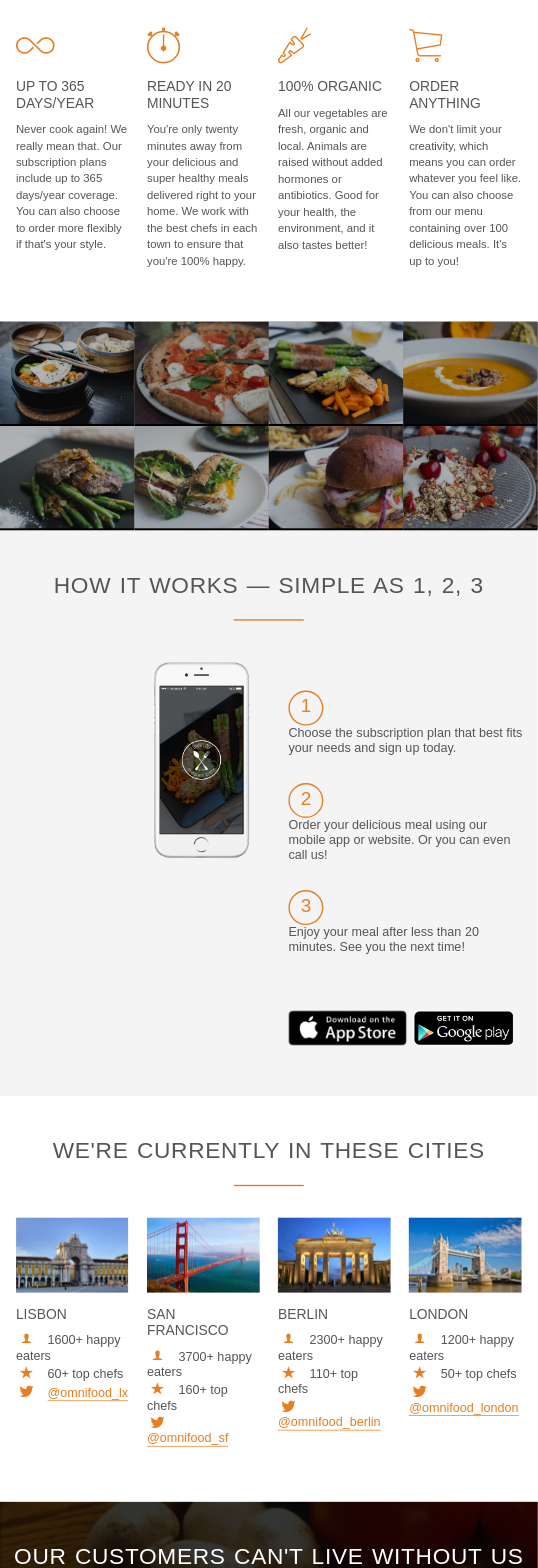
Repository: pboi18/E-Foods
Page: index.html
An editor plug-in stored every save of this project. The page is shown before and after the next save, followed by the edit.
The browser window is 768 px wide. The pictures show the part of the page from y = 1052 to 3292 px (the page is 5219 px tall), at 70% of full size.
Backgrounds fixed to the window are drawn as part of the page.

Above is the page before, as saved 2020-07-15 05:00:47.

### index.html
<!DOCTYPE html>
<html lang="en">
   <head>
      <meta name="viewport" content="width=device-width, initial-scale=1.0">
      <meta http-equiv="Content-Type" content="text/html;charset=UTF-8">
      <link rel="stylesheet" href="vendors/css/normalize.css">
      <link rel="stylesheet" href="vendors/css/7.1 Grid.css">
      <link rel="stylesheet" href="vendors/css/ionicons.min.css">
      <link rel="stylesheet" href="resources/css/style.css">
      <link rel="stylesheet" href="resources/css/quaries.css">
      <link href='http://fonts.googleapis.com/css?family=Lato:100,300,400,300italic' rel='stylesheet' type='text/css'>
      <title>Ominifoods</title>
   </head>

   <body>
      <header>
         <nav>
               <div class="row">
                  <img src="resources/img/logo-white.png" alt="Ominifood logo" class="logo">

                  <ul class="main-nav">
                     <li><a href="#">Food delivery</a></li>
                     <li><a href="#">How it works</a></li>
                     <li><a href="#">Our cities</a></li>
                     <li><a href="#">Sign up</a></li>
                  </ul>

               </div>
         </nav>
         <div class="hero-text-box">
               <h1>Goodbye junk food. <br> Hello super healthy meals.</h1>
               <a href="#" class="btn btn-full">I’m hungry </a>
               <a href="#" class="btn btn-ghost">Show me more </a>
         </div>

      </header>

      <section class="section-features">
         <div class="row">
               <h2>Get food fast &mdash; not fast food</h2>
               <p class="long-copy">
                  Hello, we’re Omnifood, your new premium food delivery service. We know you’re always busy. No time for cooking. So let us take care of that, we’re really good at it, we promise!
               </p>
         </div>

         <div class="row">
               <div class="col span-1-of-4 box">
                  <i class="ion-ios-infinite-outline icon-big"></i>
                  <h3>Up to 365 days/year</h3>
                  <p>
                     Never cook again! We
                     really mean that. Our subscription
                     plans include up to 365
                     days/year coverage. You can
                     also choose to order more
                     flexibly if that's your style.
                  </p>
               </div>

               <div class="col span-1-of-4 box">
                  <i class="ion-ios-stopwatch-outline icon-big"></i>
                  <h3>Ready in 20 minutes</h3>
                  <p>
                     You're only twenty minutes
                     away from your delicious and
                     super healthy meals delivered
                     right to your home. We work
                     with the best chefs in each
                     town to ensure that you're
                     100% happy.
                  </p>
               </div>

               <div class="col span-1-of-4 box">
                  <i class="ion-ios-nutrition-outline icon-big"></i>
                  <h3>100% organic</h3>
                  <p>
                     All our vegetables are fresh, organic and local. Animals are raised without added hormones or antibiotics. Good for your health, the environment, and it also tastes better!
                  </p>
               </div>

               <div class="col span-1-of-4 box">
                  <i class="ion-ios-cart-outline icon-big"></i>
                  <h3>Order anything</h3>
                  <p>
                     We don't limit your creativity, which means you can order whatever you feel like. You can also choose from our menu containing over 100 delicious meals. It's up to you!
                  </p>
               </div>
         </div>
      </section>

      <section class="section-meals">
         <ul class="meals-showcase clearfix">
               <li>
                  <figure class="meal-photo">
                     <img src="resources/img/1.jpg" alt="Korean bibimbap with egg and vegetables">
                  </figure>
               </li>
               <li>
                  <figure class="meal-photo">
                     <img src="resources/img/2.jpg" alt="Simple italian pizza with cherry tomatoes">
                  </figure>
               </li>
               <li>
                  <figure class="meal-photo">
                     <img src="resources/img/3.jpg" alt="Chicken breast steak with vegetables ">
                  </figure>
               </li>
               <li>
                  <figure class="meal-photo">
                     <img src="resources/img/4.jpg" alt="Autumn pumpkin soup">
                  </figure>
               </li>
         </ul>

         <ul class="meals-showcase clearfix">
               <li>
                  <figure class="meal-photo">
                     <img src="resources/img/5.jpg" alt="Paleo beef steak with vegetables">
                  </figure>
               </li>
               <li>
                  <figure class="meal-photo">
                     <img src="resources/img/6.jpg" alt="Healthy baguette with egg and vegetables">
                  </figure>
               </li>
               <li>
                  <figure class="meal-photo">
                     <img src="resources/img/7.jpg" alt="Burger with cheddar and bacon">
                  </figure>
               </li>
               <li>
                  <figure class="meal-photo">
                     <img src="resources/img/8.jpg" alt="Granola with cherries and strawberries">
                  </figure>
               </li>
         </ul>
      </section>

      <section class="section-steps">
         <div class="row">
               <h2>How it works &mdash; Simple as 1, 2, 3</h2>
         </div>
         <div class="row">
               <div class="col span-1-of-2 steps-box">
                  <img src="resources/img/app-iPhone.png" alt="Ominifood app on iphone" class="app-screen">
               </div>

               <div class="col span-1-of-2 steps-box">
                  <div class="works-step">
                     <div>1</div>
                     <p>Choose the subscription plan that best fits your needs and sign up today.</p>
                  </div>
                  <div class="works-step">
                     <div>2</div>
                     <p>Order your delicious meal using our mobile app or website. Or you can even call us!</p>
                  </div>
                  <div class="works-step">
                     <div>3</div>
                     <p>Enjoy your meal after less than 20 minutes. See you the next time!</p>
                  </div>

                  <a href="#" class="btn-app">
                     <img src="resources/img/download-app.png " alt="App Store Button">
                  </a>
                  <a href="#" class="btn-app" >
                     <img src="resources/img/download-app-android.png" alt="play Store Button">
                  </a>

               </div>
         </div>
      </section>


      <section class="section-cities">
         <div class="row">
            <h2>
               We're currently in these cities
            </h2>
         </div>

         <div class="row">
            <div class="col span-1-of-4 box">
               <img src="resources/img/lisbon-3.jpg" alt="Lisbon">
               <h3>Lisbon</h3>
               <div class="city-feature">
                  <i class="ion-ios-person icon-small"></i>
                  1600+ happy eaters
               </div>
               <div class="city-feature">
                  <i class="ion-ios-star icon-small"></i>
                  60+ top chefs
               </div>
               <div class="city-feature">
                  <i class="ion-social-twitter icon-small"></i>
                  <a href="#">@omnifood_lx</a>
               </div>
            </div>

            <div class="col span-1-of-4 box">
               <img src="resources/img/san-francisco.jpg" alt="San Francisco">
               <h3>San Francisco</h3>
               <div class="city-feature">
                  <i class="ion-ios-person icon-small"></i>
                  3700+ happy eaters
               </div>
               <div class="city-feature">
                  <i class="ion-ios-star icon-small"></i>
                  160+ top chefs
               </div>
               <div class="city-feature">
                  <i class="ion-social-twitter icon-small"></i>
                  <a href="#">@omnifood_sf</a>
               </div>
            </div>

            <div class="col span-1-of-4 box">
               <img src="resources/img/berlin.jpg" alt="Berlin">
               <h3>Berlin</h3>
               <div class="city-feature">
                  <i class="ion-ios-person icon-small"></i>
                  2300+ happy eaters
               </div>
               <div class="city-feature">
                  <i class="ion-ios-star icon-small"></i>
                  110+ top chefs
               </div>
               <div class="city-feature">
                  <i class="ion-social-twitter icon-small"></i>
                  <a href="#">@omnifood_berlin</a>
               </div>
            </div>

            <div class="col span-1-of-4 box">
               <img src="resources/img/london.jpg" alt="London">
               <h3>London</h3>
               <div class="city-feature">
                  <i class="ion-ios-person icon-small"></i>
                  1200+ happy eaters
               </div>
               <div class="city-feature">
                  <i class="ion-ios-star icon-small"></i>
                  50+ top chefs
               </div>
               <div class="city-feature">
                  <i class="ion-social-twitter icon-small"></i>
                  <a href="#">@omnifood_london</a>
               </div>
            </div>
         </div>


      </section>

      <section class="section-testimonials">
         <div class="row">
            <h2>Our customers can't live without us</h2>
         </div>

         <div class="row">
            <div class="col span-1-of-3">
               <blockquote>
                  Omnifood is just awesome! I just launched a startup which leaves me with no time for cooking, so Omnifood is a life-saver. Now that I got used to it, I couldn't live without my daily meals!
                  <cite><img src="resources/img/customer-1.jpg" alt="">Alberto Duncan</cite>
               </blockquote>
            </div>

            <div class="col span-1-of-3">
               <blockquote>
                  Inexpensive, healthy and great-tasting meals, delivered right to my home. We have lots of food delivery here in Lisbon, but no one comes even close to Omifood. Me and my family are so in love!
                  <cite><img src="resources/img/customer-2.jpg" alt="">Joana Silva</cite>
               </blockquote>
            </div>

            <div class="col span-1-of-3">
               <blockquote>
                  I was looking for a quick and easy food delivery service in San Franciso. I tried a lot of them and ended up with Omnifood. Best food delivery service in the Bay Area. Keep up the great work!
                  <cite><img src="resources/img/customer-3.jpg" alt="">Milton Chapman</cite>
               </blockquote>
            </div>
         </div>
      </section>

      <section class="section-plans">
         <div class="row">
            <h2>Start eating healthy today</h2>
         </div>
         <div class="row">
            <div class="col span-1-of-3">
               <div class="plan-box">
                  <div>
                     <h3>Premium</h3>
                     <p class="plan-price">399$ <span>/ month</span></p>
                     <p class="plan-price-meal">That’s only 13.30$ / meal</p>
                  </div>
                  <div>
                     <ul>
                        <li><i class="ion-ios-checkmark-empty icon-small"></i>1 meal every day</li>
                        <li><i class="ion-ios-checkmark-empty icon-small"></i>Order 24/7</li>
                        <li><i class="ion-ios-checkmark-empty icon-small"></i>Access to newest creations</li>
                        <li><i class="ion-ios-checkmark-empty icon-small"></i>Free delivery</li>
                     </ul>
                  </div>
                  <div>
                     <a href="#" class="btn btn-full" >Sign up now </a>
                  </div>
               </div>
            </div>

            <div class="col span-1-of-3">
               <div class="plan-box">
                  <div>
                     <h3>Pro</h3>
                     <p class="plan-price">149$ <span>/ month</span></p>
                     <p class="plan-price-meal">That’s only 14.90$ / meal</p>
                  </div>
                  <div>
                     <ul>
                        <li><i class="ion-ios-checkmark-empty icon-small"></i>1 meal every day</li>
                        <li><i class="ion-ios-checkmark-empty icon-small"></i>Order 24/7</li>
                        <li><i class="ion-ios-checkmark-empty icon-small"></i>Access to newest creations</li>
                        <li><i class="ion-ios-checkmark-empty icon-small"></i>Free delivery</li>
                     </ul>
                  </div>
                  <div>
                     <a href="#" class="btn btn-ghost" >Sign up now </a>
                  </div>
               </div>
            </div>

            <div class="col span-1-of-3">
               <div class="plan-box">
                  <div>
                     <h3>Starter</h3>
                     <p class="plan-price">19$ <span>/ meal</span></p>
                     <p class="plan-price-meal"> &nbsp; </p>
                  </div>
                  <div>
                     <ul>
                        <li><i class="ion-ios-checkmark-empty icon-small"></i>1 meal</li>
                        <li><i class="ion-ios-checkmark-empty icon-small"></i>Order from 8 am to 12 pm</li>
                        <li><i class="ion-ios-close-empty icon-small"></i>Access to newest creations</li>
                        <li><i class="ion-ios-checkmark-empty icon-small"></i>Free delivery</li>
                     </ul>
                  </div>
                  <div>
                     <a href="#" class="btn btn-ghost" >Sign up now </a>
                  </div>
               </div>
            </div>
         </div>
      </section>

      <section class="section-form">
         <div class="row">
            <h2>We're happy to hear from you</h2>
         </div>

         <div class="row">
            <form action="#" method="post" class="contact-form" >
               <div class="row">
                  <div class="col span-1-of-3">
                     <label for="name">Name</label>
                  </div>
                  <div class="col span-2-of-3">
                     <input type="text" name="name" id="name" placeholder="Your name" requried>
                  </div>
               </div>
               <div class="row">
                  <div class="col span-1-of-3">
                     <label for="email">Email</label>
                  </div>
                  <div class="col span-2-of-3">
                     <input type="email" name="email" id="email" placeholder="Your email" requried>
                  </div>
               </div>
               <div class="row">
                  <div class="col span-1-of-3">
                     <label for="find-us">How did you find us?</label>
                  </div>
                  <div class="col span-2-of-3">
                     <select name="find us" id="find-us" required>
                        <option value="None">None</option>
                        <option value="friends">Friends</option>
                        <option value="Social Media">Social Media</option>
                        <option value="Search Engines">Search Engines</option>
                        <option value="Advertisement">Advertisement</option>
                        <option value="Others">Others</option>

                     </select>
                  </div>
               </div>
               <div class="row">
                  <div class="col span-1-of-3">
                     <label for="newsletter">Newsletter</label>
                  </div>
                  <div class="col span-2-of-3">
                     <input type="checkbox" name="checkbox" id="newsletter" >
                  </div>
               </div>
               <div class="row">
                  <div class="col span-1-of-3">
                     <label for="message">Drop us a line</label>
                  </div>
                  <div class="col span-2-of-3">
                     <textarea name="message" id="message" ></textarea>
                  </div>
               </div>
               <div class="row">
                  <div class="col span-1-of-3">
                     <label for="">&nbsp;</label>
                  </div>
                  <div class="col span-2-of-3">
                     <input type="submit" value="Send it!">
                  </div>
               </div>
            </form>
         </div>
      </section>

      <footer>
         <div class="row">
            <div class="col span-1-of-2">
               <ul class="footer-nav">
                  <li><a href="#">About us</a></li>
                  <li><a href="#">Blog </a></li>
                  <li><a href="#">Press</a></li>
                  <li><a href="#">iOS App</a></li>
                  <li><a href="#">Android App</a></li>
               </ul>
            </div>
            <div class="col span-1-of-2">
               <ul class="social-links">
                  <li><a href="#"><i class="ion-social-facebook"></i></a></li>
                  <li><a href="#"><i class="ion-social-twitter"></i></a></li>
                  <li><a href="#"><i class="ion-social-googleplus"></i></a></li>
                  <li><a href="#"><i class="ion-social-instagram"></i></a></li>
               </ul>
            </div>
         </div>
         <div class="row">
            <p>
               Copyright &copy; 2020 by Ominifood. All right reserved
            </p>
         </div>
      </footer>

   </body>


</html>

### resources/css/quaries.css

/* from bg tab to 1200px (widths smaller than the 1140 row) */
@media only screen and (max-width: 1200px) {

    .hero-text-box {
        width: 100%;
        padding:  0 2%;
    }

    .row {
        padding: 0 2%;
    }


}


/* sm tab - bg tab: 768 - 1023px */
@media only screen and (max-width: 1023px) {
    body {
        font-size: 18px;
    }

    section {

        padding: 60px 0;
    }

    .long-copy {
        width: 80%;
        margin-left: 10%;
    }

    .step-box { margin-top: 10px;}
    .step-box:last-child { margin-top: 10px;}
    .works-step { margin-bottom: 40px;}
    .works-step:last-child { margin-bottom: 60px;}

    .app-screen { }
}

/* small phones to small tablets: from 481px - 767px */
@media only screen and (max-width: 767px) {

}


/* small phones: from 0 - 480px */
@media only screen and (max-width: 480px) {

}

Loaded but not shown: vendors/css/normalize.css (library); vendors/css/7.1 Grid.css (library); vendors/css/ionicons.min.css (library); resources/css/style.css (591 lines, source omitted)

After the next save:
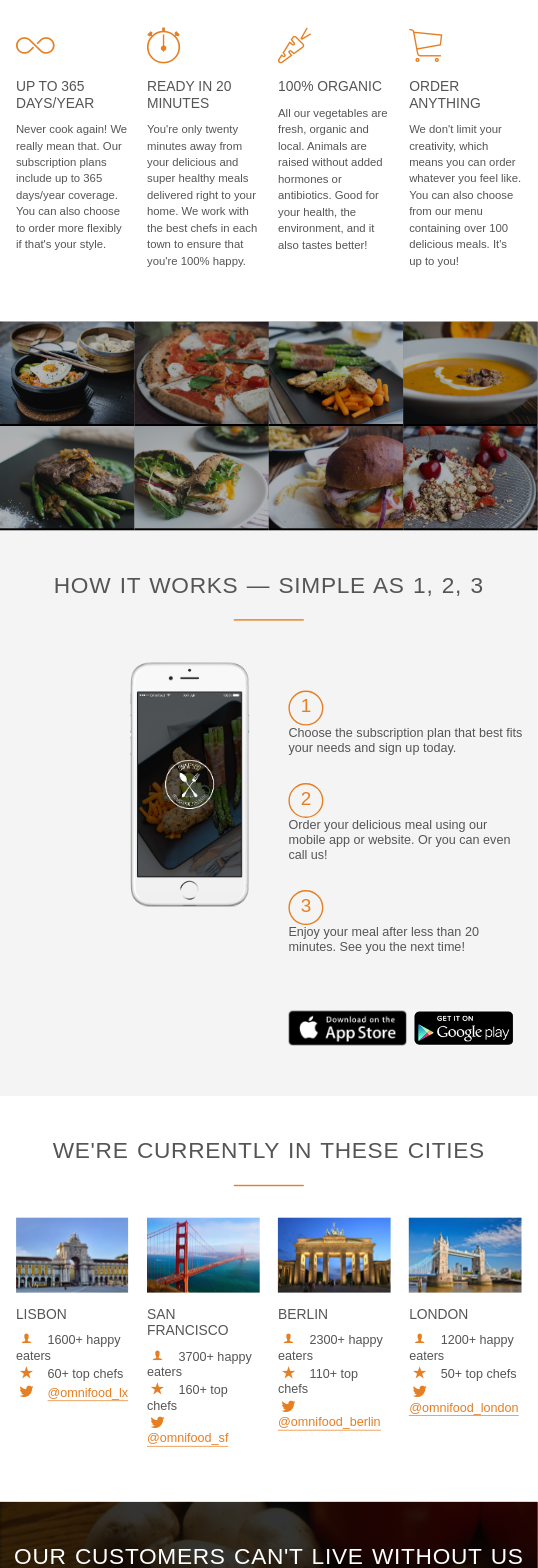
Saved 15 s later.
--- a/resources/css/quaries.css
+++ b/resources/css/quaries.css
@@ -36,7 +36,7 @@
     .works-step { margin-bottom: 40px;}
     .works-step:last-child { margin-bottom: 60px;}
 
-    .app-screen { }
+    .app-screen { width: 50%;}
 }
 
 /* small phones to small tablets: from 481px - 767px */
